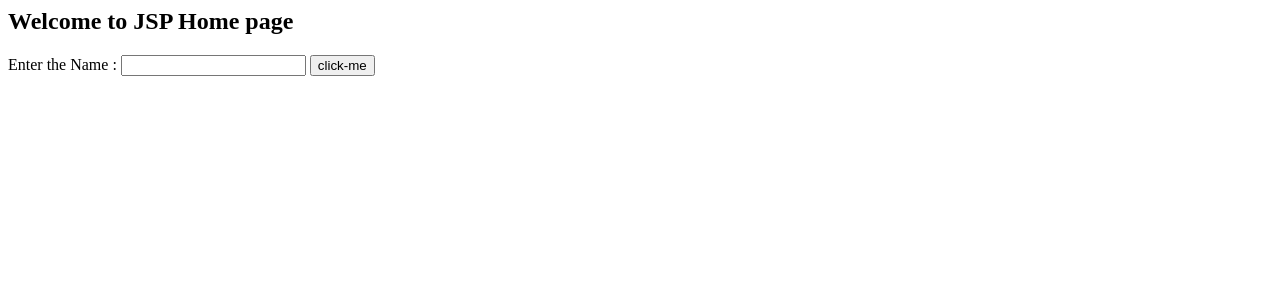
Repository: LUKKAROSHINI/Enterprise-Programming
Page: http://localhost/JspDemo/
An editor plug-in stored every save of this project. The page is shown before and after the next save, followed by the edit.
The browser window is 1280 px wide. The pictures show the whole page.
The page is served by Tomcat 9.

Above is the page before, as saved 2024-06-17 09:20:22.

### JspDemo/src/main/webapp/index.jsp
<html>
<body>
<h2>Welcome to JSP Home page</h2>
<form action "hello.jsp">
Enter the Name : <input type="text" name=str>
<input type = "submit" value="click-me">

</form>
</body>
</html>

After the next save:
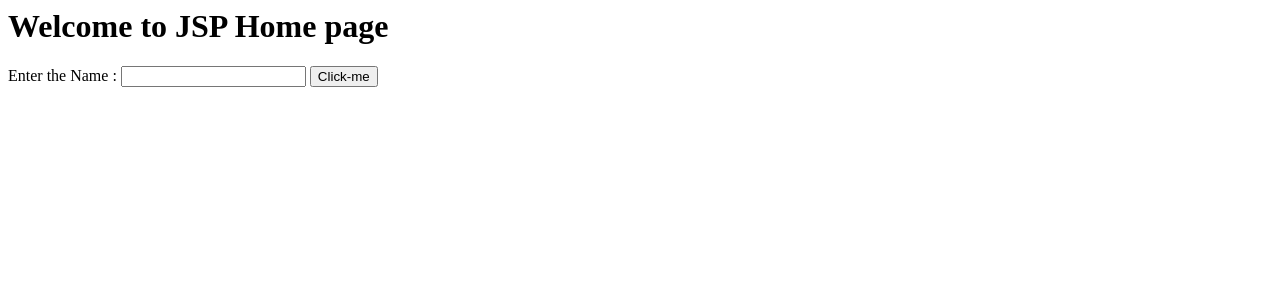
Saved 97 s later.
--- a/JspDemo/src/main/webapp/index.jsp
+++ b/JspDemo/src/main/webapp/index.jsp
@@ -1,10 +1,9 @@
 <html>
 <body>
-<h2>Welcome to JSP Home page</h2>
-<form action "hello.jsp">
+<h1>Welcome to JSP Home page</h1>
+<form action="hello.jsp">
 Enter the Name : <input type="text" name=str>
-<input type = "submit" value="click-me">
-
+<input type="submit" value="Click-me">
 </form>
 </body>
 </html>
